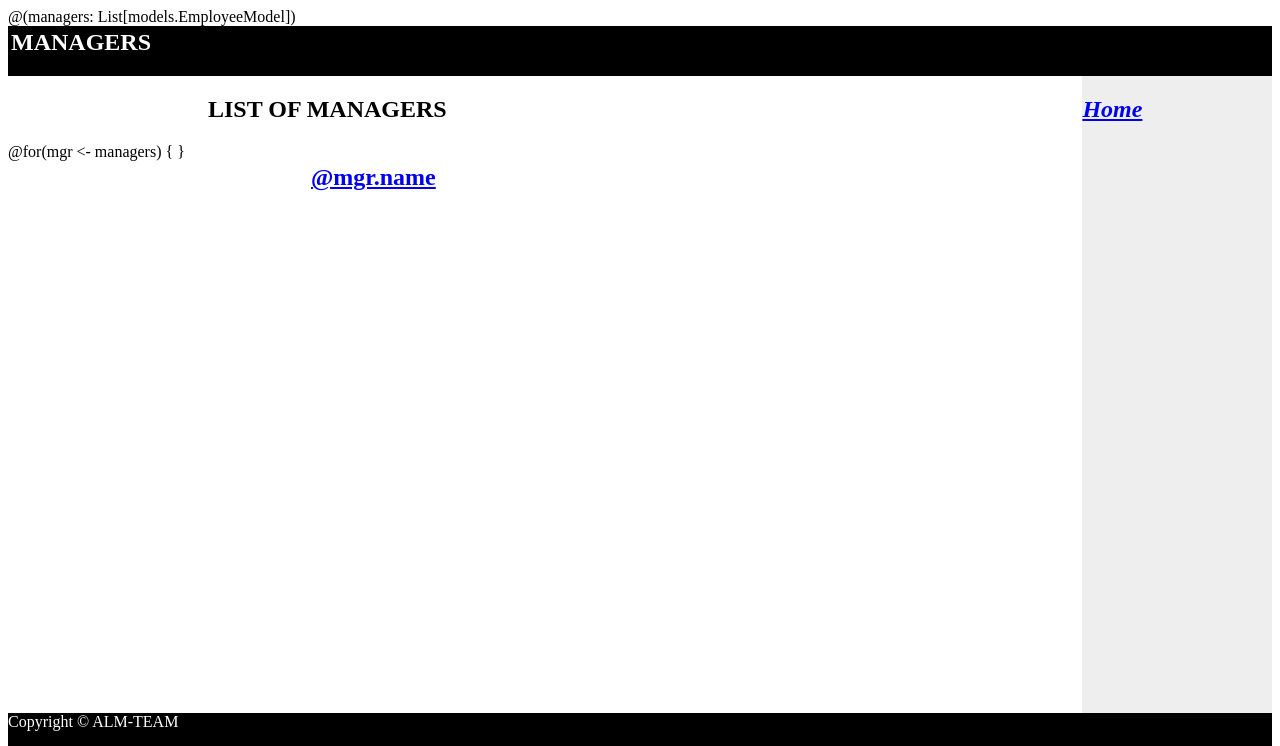
Repository: sumitkum200690/PLAY_SLICK
Page: Play_DB/app/views/managerPage.scala.html
These files come from the project's save history. The page is drawn as it stood at one moment and after the next save; the edit follows.
The browser window is 1280 px wide. The pictures show the whole page.

Above is the page before, as saved 2015-09-24 10:57:14.

### Play_DB/app/views/managerPage.scala.html
@(managers: List[models.EmployeeModel])
<head>
<style>

#maindiv{
	height:100%;
	width:100%;

}

#header{
	height:7%;
	width:100%;
	background-color:black;
	color:white;
	text-align:center;


}


#d3{
	height:93%;
	width:100%;
}

#content{
	height:95%;
	width:100%;
}

#list{
	height:100%;
	width:85%;
	float:left;
	background-color:white;
}

#home{
	height:100%;
	width:15%;
	float:left;
	background-color:#eeeeee;
}

#footer{
	height:5%;
	width:100%;
	background-color:black;
	color:white;
}

#header2 {
    background-color:black;
    color:white;
    text-align:center;
    padding:5px;
}
#nav {
    line-height:30px;
    background-color:#eeeeee;
    height:100%;
    width:100px;
    float:right;
    padding:5px;
}
#section {
    width:100%;
    float:left;
    padding:10px;
     height: 100%;
     background-color:blue;
}

#section2 {
    width:100%;
    float:left;
    padding:10px;
     height: 100%;
}

#footer2 {
    background-color:black;
    color:white;
    clear:both;
    text-align:center;
   padding:5px;

   margin-bottom: 1px;
}




</style>


</head>








<body style="height: 100%; background-color:white" >

<div id="maindiv">

	<div id="header">
	<table style="text-align: center;"><tr><td>
	<h2 style="color: white; text-align: center; " >MANAGERS</h2></td></tr> </table>
	</div>

	<div id="d3">

		<div id="content">

			<div id="list">
				<h2 style="margin-left:200px ">LIST OF MANAGERS</h2>
				<table style="margin-left:300px ">

				  @for(mgr <- managers) {

				<tr><td><a href="/Reportees/@mgr.id"><h2>@mgr.name</h2></a></td></tr>



				  }
				  </table>

			</div>

			<div id="home"><a href="/"><h2><b><I>Home</I></b></h2></a></div>

		</div>

		<div id="footer">
		Copyright © ALM-TEAM
		</div>

	</div>

</div>







<!-- <div id="nav">
<a href="/"><h2><b><I>Home</I></b></h2></a>


</div>

<div>
<h2 style="margin-left:200px ">LIST OF MANAGERS</h2>
<p>
<div id="section">
<table style="margin-left:300px ">

				  @for(mgr <- managers) {

				<tr><td><a href="/Reportees/@mgr.id"><h2>@mgr.name</h2></a></td></tr>



				  }
				  </table>

</div>

<div id="footer">
Copyright © ALM-TEAM
</div> -->

After the next save:
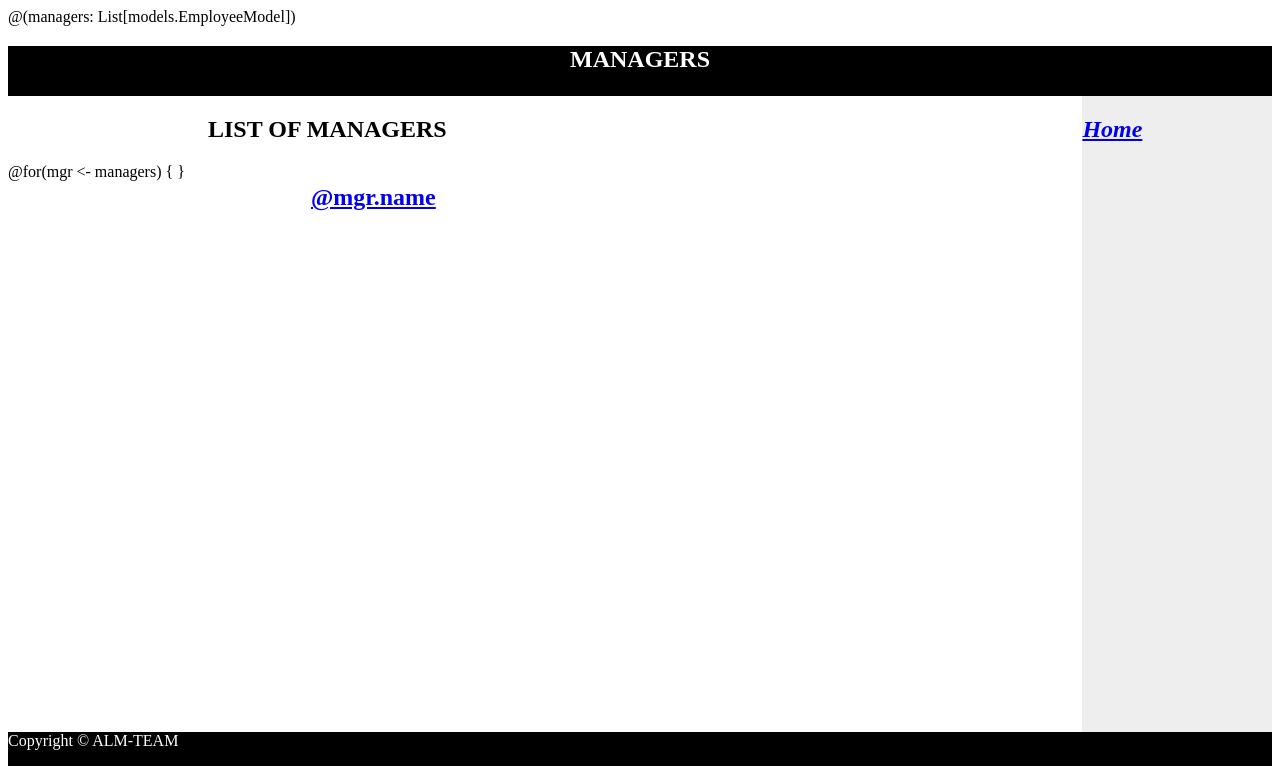
Saved 49 s later.
--- a/Play_DB/app/views/managerPage.scala.html
+++ b/Play_DB/app/views/managerPage.scala.html
@@ -109,8 +109,8 @@
 <div id="maindiv">
 
 	<div id="header">
-	<table style="text-align: center;"><tr><td>
-	<h2 style="color: white; text-align: center; " >MANAGERS</h2></td></tr> </table>
+
+	<h2>MANAGERS</h2>
 	</div>
 
 	<div id="d3">
